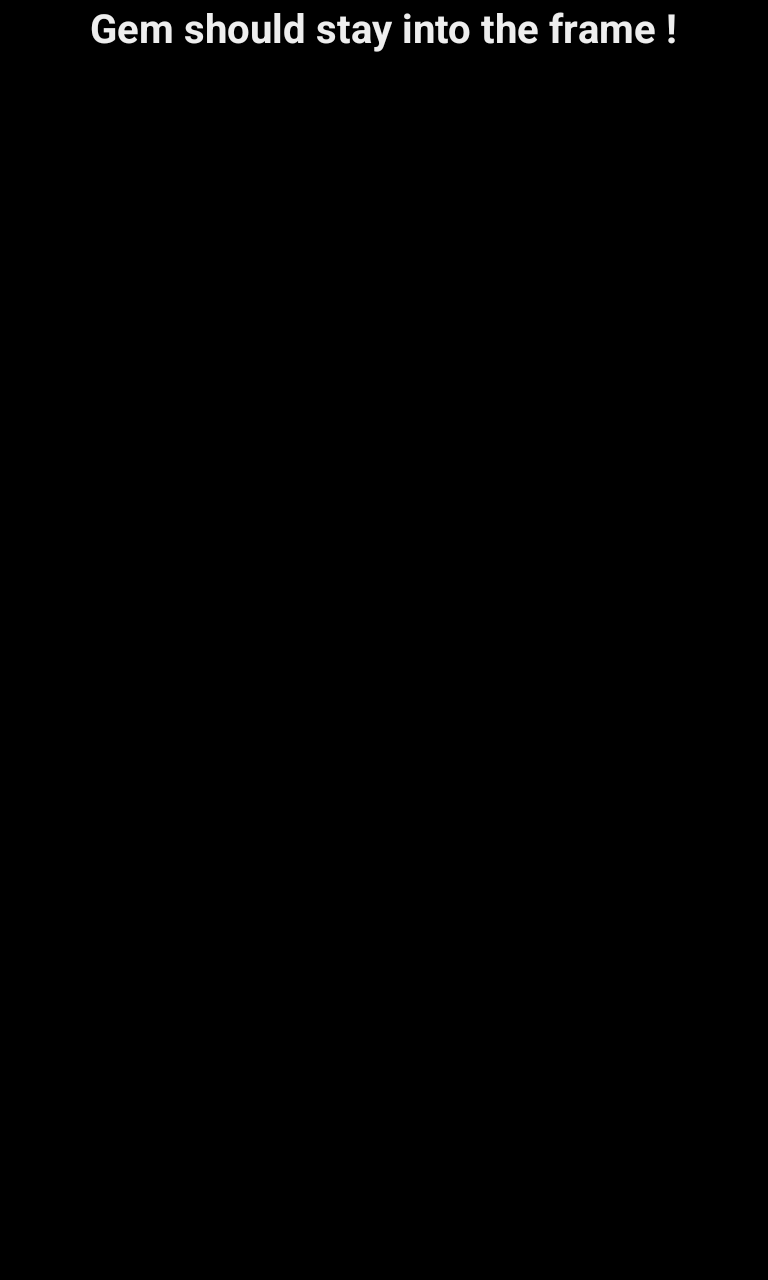
Repository: jellydiamonds/Proto
Layout: Android/CameraSafePreview/res/layout/consigne.xml
These files come from the project's save history. The layout is drawn as it stood at one moment and after a run of saves; the edit follows.
It is drawn on a 768 x 1280 px phone screen (xhdpi) without system bars, with theme android:Theme.Black.NoTitleBar.Fullscreen; the app's code is not run.

Above is the layout before, as saved 2014-04-03 15:41:06.

After the next 2 saves:
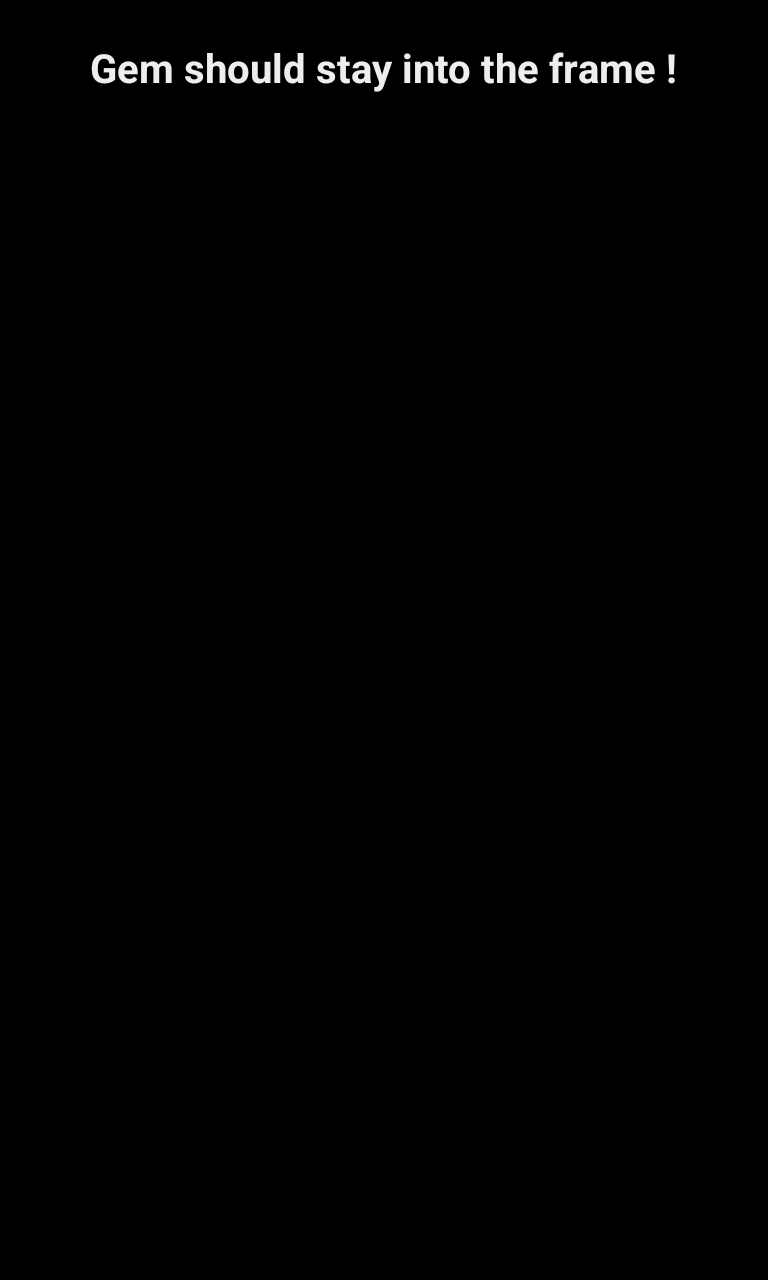
The 2 saves are shown as one change because they came seconds apart.
The last was saved 27 s later.
--- a/Android/CameraSafePreview/res/layout/consigne.xml
+++ b/Android/CameraSafePreview/res/layout/consigne.xml
@@ -3,7 +3,8 @@
     android:layout_width="match_parent"
     android:layout_height="match_parent"
     android:orientation="horizontal"
-    android:gravity="center_horizontal" >
+    android:gravity="center_horizontal"
+    android:paddingTop="20dp" >
 
     <TextView
         android:id="@+id/consigne_zone"
